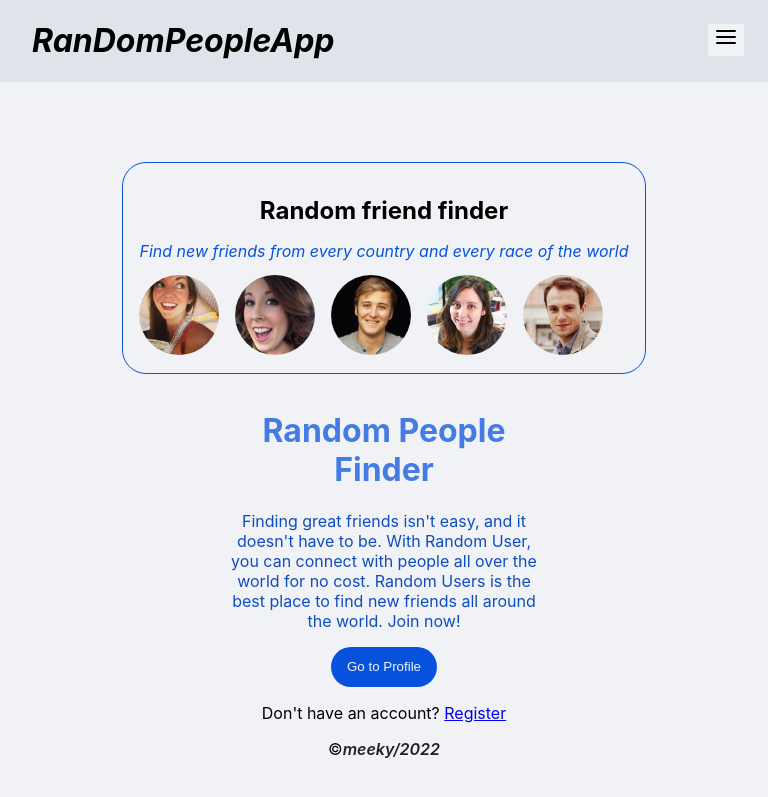
Repository: MikkyPrestige/RandomProfiles
Page: /
The author's editor kept a copy of each file at every save. The page is drawn from the files as they stood at one save, then again after the next save.
The browser window is 768 px wide. The pictures show the whole page.
The project was rebuilt for these pictures with package versions that can differ from the ones it lists, and the page was loaded fresh each time. Some packages were replaced by stand-ins written for this rebuild. Also part of the build but not shown: src/components/users.jsx, src/assets/styles/search.css, src/components/search.jsx, src/assets/styles/help.css, src/components/help.jsx, src/assets/styles/about.css, src/components/about.jsx, src/assets/styles/error.css and 9 more.

Above is the page before, as saved 2022-12-06 20:30:14.

After the next save:
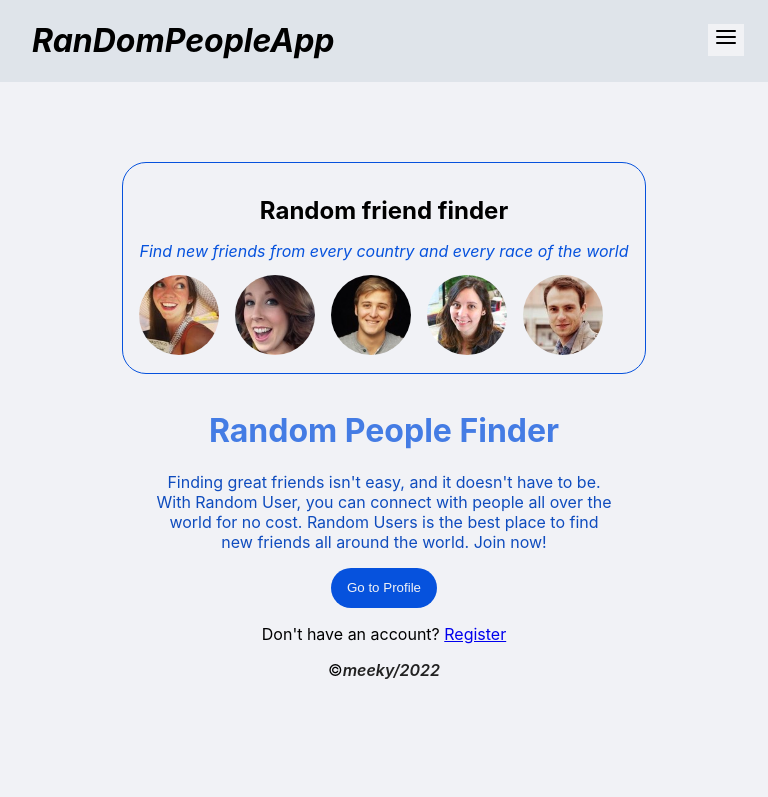
Saved 99 s later.
--- a/src/assets/styles/home.css
+++ b/src/assets/styles/home.css
@@ -61,4 +61,8 @@
     flex-direction: column-reverse;
   }
 
+  .desc {
+    width: 60%;
+  }
+
 }
